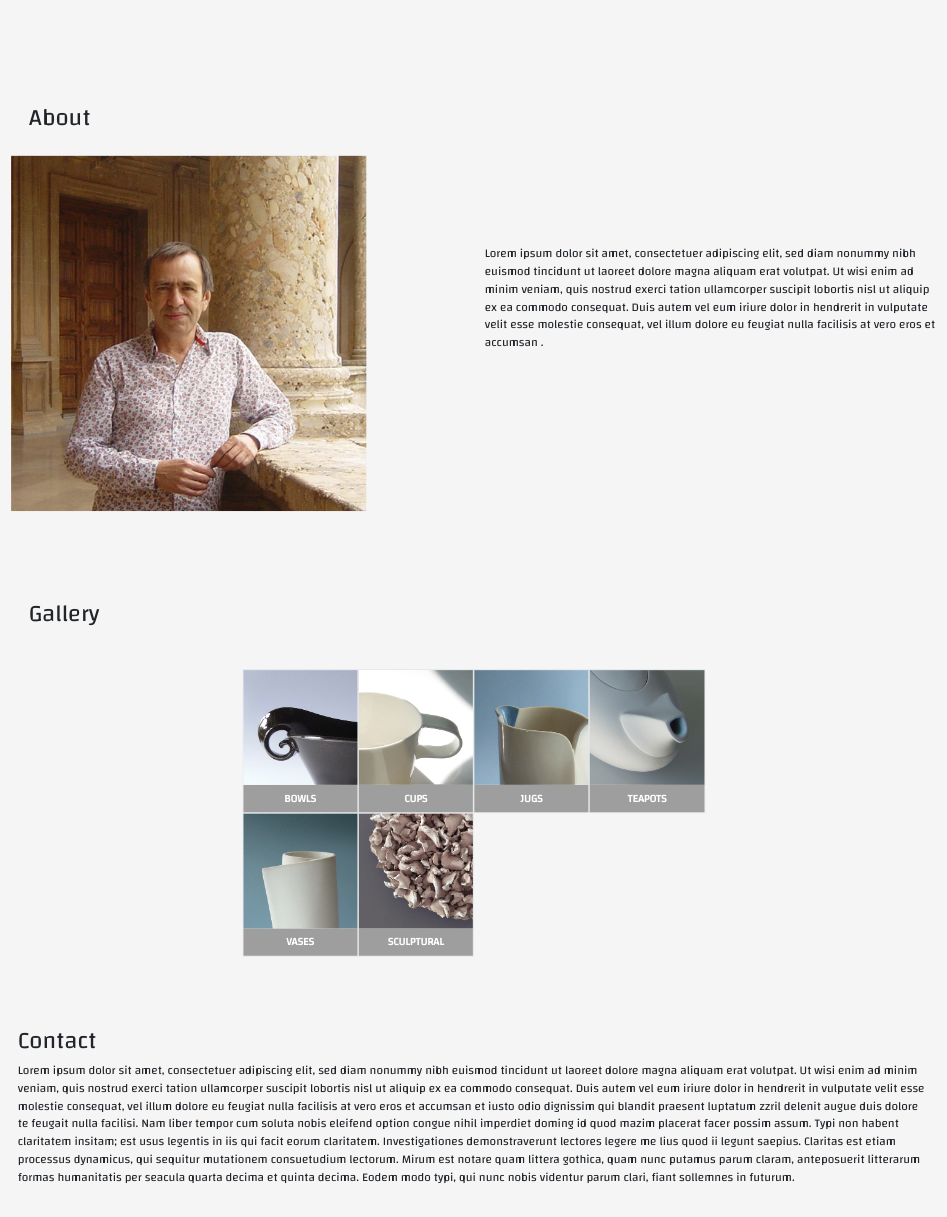
Repository: ManrOsca/ceramics
Page: MDB/index3.html
The author's editor kept a record of every edit. The page is drawn from the files as they stood at one moment, then again after the next edit.
The browser window is 1280 px wide. The pictures show the part of the page from y = 1006 to 2651 px (the page is 2651 px tall before and 2531 px after), at 74% of full size.
A picture or video elsewhere on the page could not be fetched, so the positions and the page height are approximate.

Above is the page before.

After the next edit:
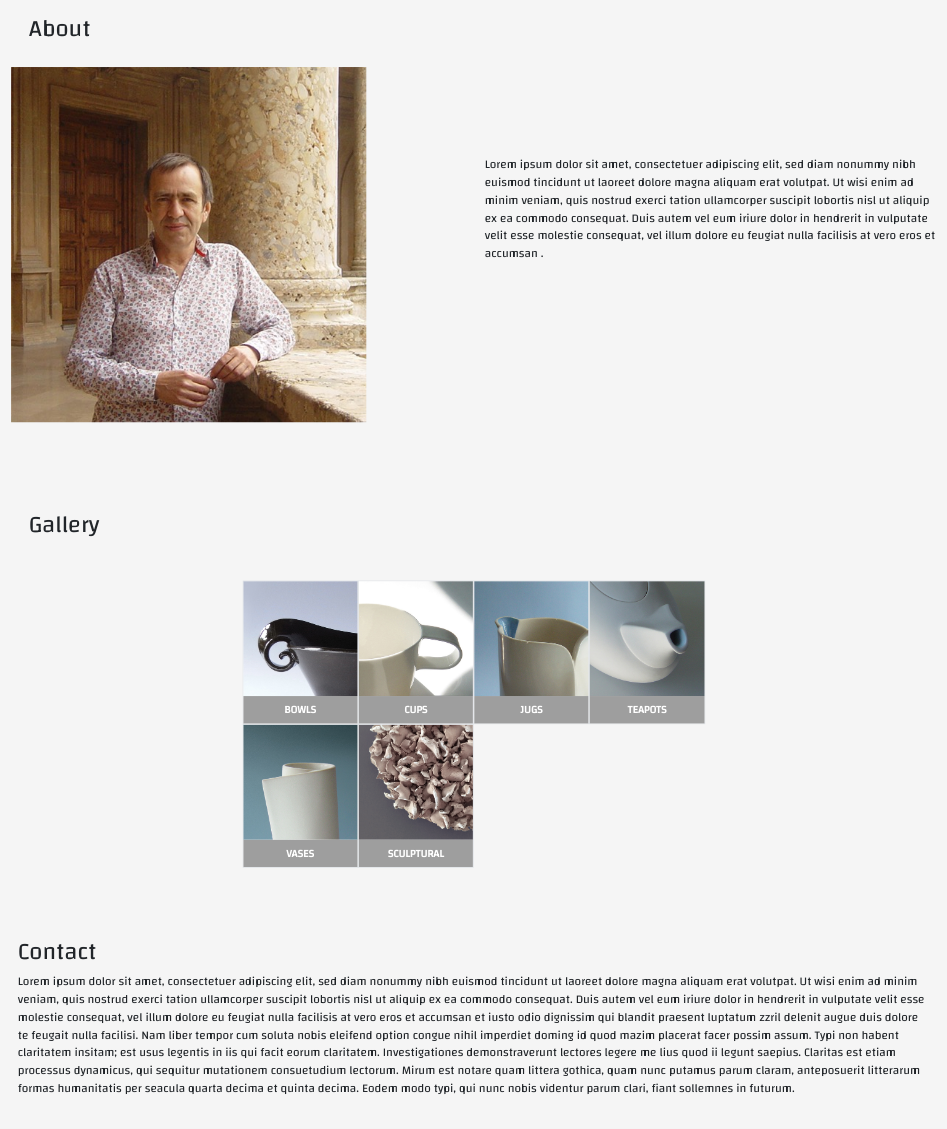
The edit:
--- a/MDB/index3.html
+++ b/MDB/index3.html
@@ -83,7 +83,6 @@
          <span class="anchor" id="about"></span>
         <section>
             <div class="container-fluid">
-                <br> <br><br><br><br>
                 <h2 class="px-4 py-4">About</h2>
                 <div class="row">
                     <div class="col-sm-6">
